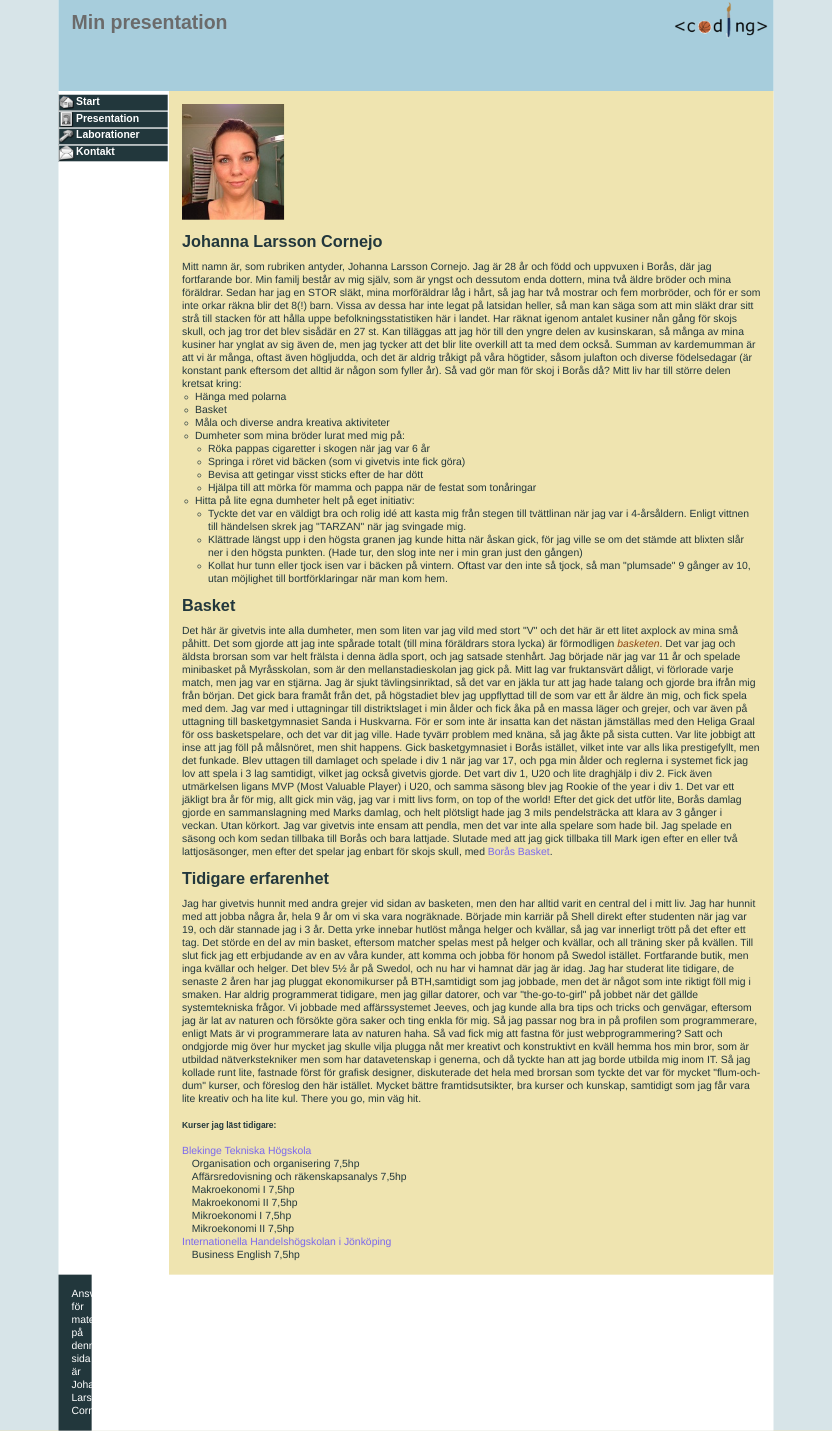
Repository: jc222fi/1ik415-laborationer
Page: pages/presentation.html
The author's editor kept a record of every edit. The page is drawn from the files as they stood at one moment, then again after the next edit.
The browser window is 1280 px wide. The pictures show the whole page, at 65% of full size.

Above is the page before.

After the next edit:
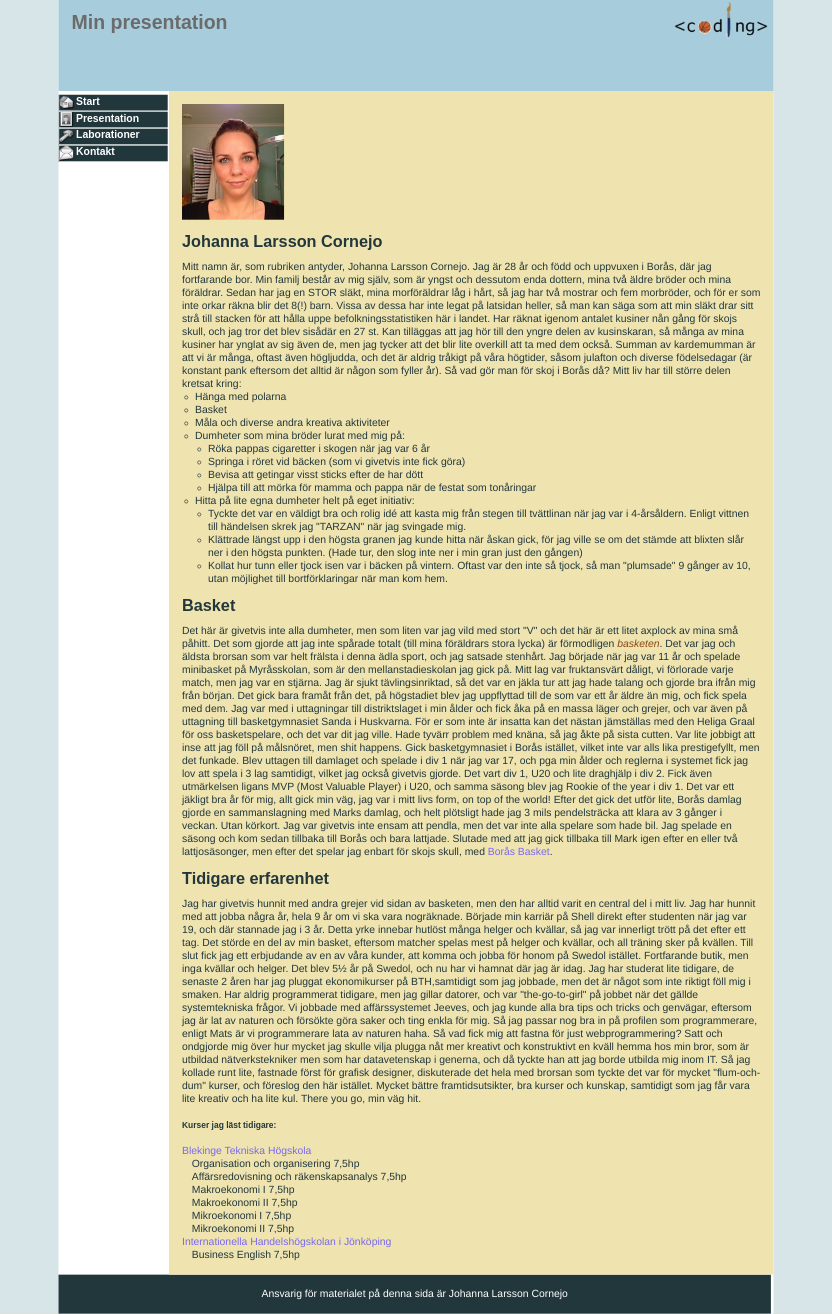
The edit:
--- a/css/style.css
+++ b/css/style.css
@@ -44,7 +44,7 @@
 }
 #footer{
 	clear:both;
-	width:1%;
+	width:96%;
 	max-width:1100px;
 	padding:20px;
 }
